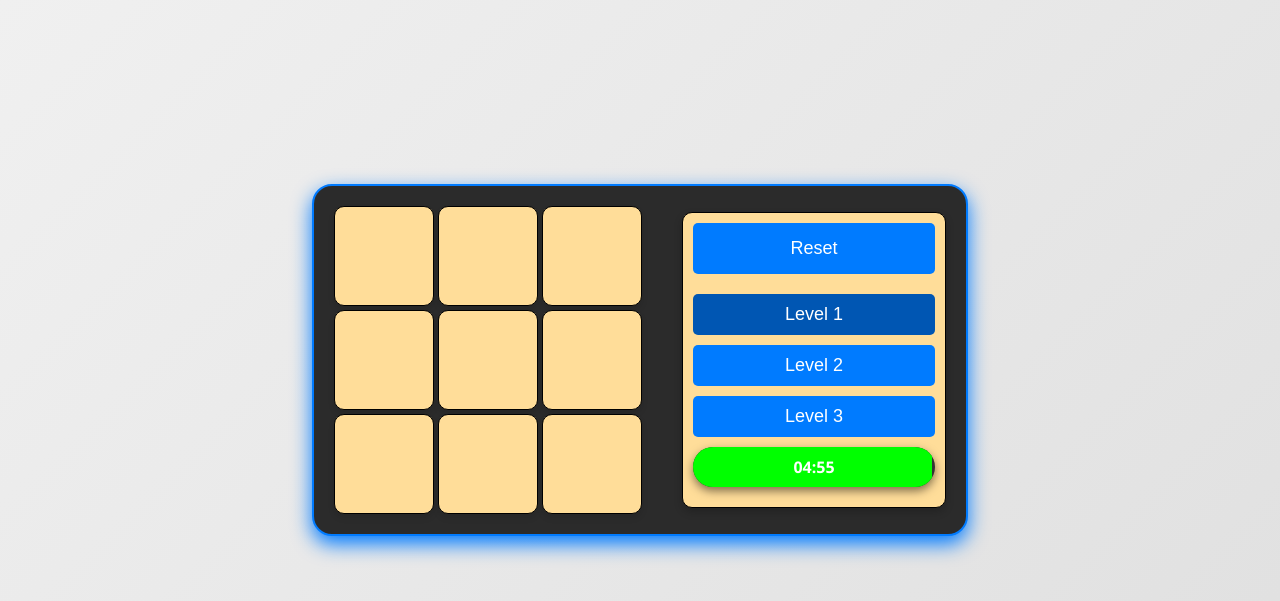
Repository: radisyah/THE_BRAIN_STORM
Page: Impossible Memory.html
The author's editor kept a copy of each file at every save. The page is drawn from the files as they stood at one save, then again after the next save.
The browser window is 1280 px wide. The pictures show the whole page.

Above is the page before, as saved 2024-10-22 22:35:46.

### Impossible Memory.html
<!DOCTYPE html>
<html lang="en">
<head>
    <meta charset="UTF-8">
    <meta name="viewport" content="width=device-width, initial-scale=1.0">
    <title>Impossible Memories</title>
    <style>
        body {
            font-family: 'Segoe UI', Tahoma, Geneva, Verdana, sans-serif;
            display: flex;
            justify-content: center;
            align-items: center;
            height: 100vh;
            margin: 0;
            background: linear-gradient(135deg, #f0f0f0, #e0e0e0);
        }


        .container {
            display: flex;
            justify-content: center;
            align-items: center;
            gap: 40px;
            background-color: #2b2b2b; /* Dark background for contrast */
            border-radius: 20px;
            box-shadow: 0 8px 20px  #007bff;
            padding: 20px; /* Padding for container */
            transition: transform 0.3s ease-in-out;
            border: 2px solid #007bff;
        }

        .container:hover {
            transform: scale(1.02); /* Slight scale effect when hovering over the container */
        }

        /* Timer container styles */
        .timer-container {
            position: relative;
            width: 100%;
            height: 40px;
            background-color: #333;
            border-radius: 20px;
            overflow: hidden;
            box-shadow: 0px 4px 10px rgba(0, 0, 0, 0.5);
            margin-bottom: 10px;
        }

        /* Timer text styles */
        #timer {
            position: absolute;
            top: 50%;
            left: 50%;
            transform: translate(-50%, -50%);
            color: white;
            font-size: 16px;
            font-weight: bold;
            z-index: 2;
        }

        /* Progress bar styles */
        .timer-bar {
            position: absolute;
            top: 0;
            left: 0;
            height: 100%;
            background: linear-gradient(90deg, #00ff00, #ffff00, #ff0000);
            width: 100%;
            transition: width 1s linear;
            z-index: 1;
        }


        .grid-container {
            display: grid;
            gap: 4px;
            grid-template-columns: repeat(7, 70px); /* Ukuran grid */
            grid-template-rows: repeat(7, 70px); /* Ukuran grid */
            position: relative;

        }

        .grid-item {
            display: flex;
            justify-content: center;
            align-items: center;
            font-size: 20px;
            border-radius: 10px;
            box-shadow: 0 4px 6px rgba(0, 0, 0, 0.1);
            transition: transform 0.3s, background-color 0.3s;
            cursor: pointer;
            position: relative;
        }


        .grid-item input {
            width: 100%;
            height: 100%;
            font-size: 20px;
            text-align: center;
            background-color: #ffdd99;
            border: 1px solid #000;
            border-radius: 10px;
            outline: none;
            box-sizing: border-box;
        }

        .grid-item input:hover {
            transform: translateY(-5px);
            background-color: #fbc05d;
        }

        .grid-item input.correct {
            background-color: #28a745;
            color: white;
            pointer-events: none;
            transition: background-color 0.5s ease, color 0.5s ease; /* Animasi transisi */
        }

        .grid-item input.wrong {
            background-color: #dc3545;
            color: white;
            pointer-events: none;
            transition: background-color 0.5s ease, color 0.5s ease; /* Animasi transisi */
        }

        .button-container {
            display: flex;
            flex-direction: column; /* Susun tombol secara vertikal */
            gap: 10px; /* Jarak antar tombol */
            padding: 10px; /* Padding di dalam tombol */
            background-color: #ffdd99; /* Warna latar untuk layout tombol */
            border-radius: 10px; /* Sudut membulat */
            box-shadow: 0 4px 8px rgba(0, 0, 0, 0.2); /* Bayangan untuk efek */
            border: 1px solid #000;
        }

        .grid-size-buttons button {
            padding: 10px; /* Padding tombol */
            margin-top: 10px; /* Jarak atas untuk menambah jarak antara tombol */
        }


        #resetButton, .question-button {
            padding: 15px 20px; /* Padding untuk tombol */
            font-size: 18px; /* Ukuran font */
            cursor: pointer;

            background-color: #007bff;
            color: white;
            border: none;
            border-radius: 5px;
            transition: background-color 0.3s;
            width: 100%; /* Membuat tombol mengambil lebar penuh */
        }

        #resetButton:hover, .question-button:hover {
            background-color: #0056b3; /* Warna hover */
        }

        .active-level {
            background-color: #0056b3; /* Green for active level */
        }


    </style>
</head>
<body>

    <div class="container">
        <div class="grid-container" id="grid-container">
            <!-- Dynamic grid will be generated here -->
        </div>

        <div class="button-container">
            <button id="resetButton" onclick="resetAnswers()">Reset</button>
            <div class="grid-size-buttons">
                <button class="question-button" id="level1" disabled>Level 1</button>
                <button class="question-button" id="level2" disabled>Level 2</button>
                <button class="question-button" id="level3" disabled>Level 3</button>
            </div>
            <div class="timer-container">
                <div id="timer">05:00</div>
                <div class="timer-bar"></div>
            </div>
        </div>
    </div>


    <script>
        const gridSizes = {
            3: [
                { correct: 0 }, { correct: 0 }, { correct: 0 },
                { correct: 0 }, { correct: 0 }, { correct: 0 },
                { correct: 0 }, { correct: 0 }, { correct: 0 }
            ],
            5: [
                { correct: 0 }, { correct: 0 }, { correct: 0 }, { correct: 0 }, { correct: 0 },
                { correct: 0 }, { correct: 0 }, { correct: 0 }, { correct: 0 }, { correct: 0 },
                { correct: 0 }, { correct: 0 }, { correct: 0 }, { correct: 0 }, { correct: 0 },
                { correct: 0 }, { correct: 0 }, { correct: 0 }, { correct: 0 }, { correct: 0 },
                { correct: 0 }, { correct: 0 }, { correct: 0 }, { correct: 0 }, { correct: 0 }
            ],
            7:  [
                { correct: 0 }, { correct: 0 }, { correct: 0 }, { correct: 0 }, { correct: 0 },  { correct: 0 },  { correct: 0 },
                { correct: 0 }, { correct: 0 }, { correct: 0 }, { correct: 0 }, { correct: 0 }, { correct: 0 },  { correct: 0 },
                { correct: 0 }, { correct: 0 }, { correct: 0 }, { correct: 0 }, { correct: 0 }, { correct: 0 },  { correct: 0 },
                { correct: 0 }, { correct: 0 }, { correct: 0 }, { correct: 0 }, { correct: 0 }, { correct: 0 },  { correct: 0 },
                { correct: 0 }, { correct: 0 }, { correct: 0 }, { correct: 0 }, { correct: 0 }, { correct: 0 },  { correct: 0 },
                { correct: 0 }, { correct: 0 }, { correct: 0 }, { correct: 0 }, { correct: 0 }, { correct: 0 },  { correct: 0 },
                { correct: 0 }, { correct: 0 }, { correct: 0 }, { correct: 0 }, { correct: 0 }, { correct: 0 },  { correct: 0 },
            ]
        };

        let currentLevel = 1; // Start from level 1
        let timeRemaining = 300; // Set to 8 minutes in seconds
        let timerInterval;
        let isTimerRunning = false;

        // Initialize the game with Level 1 active
        document.getElementById('level1').disabled = false;
        document.getElementById('level1').classList.add('active-level');

        function startTimer() {
            if (isTimerRunning) return;
            isTimerRunning = true;

            timerInterval = setInterval(() => {
                const timerDisplay = document.getElementById('timer');
                const timerBar = document.querySelector('.timer-bar');

                timeRemaining--;

                // Calculate minutes and seconds
                const minutes = Math.floor(timeRemaining / 60);
                const seconds = timeRemaining % 60;
                timerDisplay.textContent = `${minutes < 10 ? '0' + minutes : minutes}:${seconds < 10 ? '0' + seconds : seconds}`;

                // Update timer bar width
                const percentage = (timeRemaining / 300) * 100;
                timerBar.style.width = `${percentage}%`;

                // Change bar color based on remaining time
                if (percentage <= 33) {
                    timerBar.style.background = "#ff0000"; // Red for last third
                } else if (percentage <= 66) {
                    timerBar.style.background = "#ffff00"; // Yellow for middle third
                } else {
                    timerBar.style.background = "#00ff00"; // Green for initial third
                }

                if (timeRemaining <= 0) {
                    clearInterval(timerInterval);
                    isTimerRunning = false;
                    timerDisplay.textContent = "Time is Over!!";
                    lockInputs();
                }
            }, 1000);
        }

        function lockInputs() {
            document.querySelectorAll('.answer').forEach(input => {
                input.disabled = true; // Disable all answer inputs
            });
            document.getElementById('resetButton').disabled = true;
        }

        function createGrid(size) {
            const gridContainer = document.getElementById('grid-container');
            gridContainer.style.gridTemplateColumns = `repeat(${size}, 100px)`;
            gridContainer.style.gridTemplateRows = `repeat(${size}, 100px)`;
            gridContainer.innerHTML = ''; // Clear previous content

            const gridData = gridSizes[size];

            gridData.forEach(data => {
                const gridItem = document.createElement('div');
                gridItem.classList.add('grid-item');
                const input = document.createElement('input');
                input.classList.add('answer');
                input.setAttribute('type', 'text');
                input.setAttribute('data-correct', data.correct);
                input.addEventListener('input', () => checkInput(input)); // Add event listener for each input
                gridItem.appendChild(input);
                gridContainer.appendChild(gridItem);
            });

            if (!isTimerRunning) startTimer();
        }

        function checkInput(input) {
            const correctAnswer = parseInt(input.dataset.correct);  // Get correct answer from data-correct
            const userAnswer = parseInt(input.value);  // Get user answer as a number

            if (input.value.trim() === '') {
                input.classList.remove('correct', 'wrong'); // Reset styles if empty
            } else if (userAnswer === correctAnswer) {
                input.classList.add('correct');
                input.classList.remove('wrong');
                input.disabled = true; // Disable input if correct
            } else {
                input.classList.add('wrong');
                input.classList.remove('correct');
            }

            // Optionally, you can check if all inputs are correct to trigger next level
            checkAllAnswers();
        }

        function checkAllAnswers() {
            const inputs = document.querySelectorAll('.answer');
            let allCorrect = true;
            let allFilled = true;

            inputs.forEach(input => {
                const correctAnswer = parseInt(input.dataset.correct);
                const userAnswer = parseInt(input.value);

                if (input.value.trim() === '') {
                    allFilled = false;
                } else if (userAnswer !== correctAnswer) {
                    allCorrect = false;
                }
            });

            if (allCorrect && allFilled) {
                setTimeout(() => nextLevel(), 1000); // Move to next level after 1 second delay
            }
        }

        function nextLevel() {
            if (currentLevel === 1) {
                currentLevel = 2;
                document.getElementById('level2').disabled = false;
                document.getElementById('level1').disabled = true;
                document.getElementById('level1').classList.remove('active-level');
                document.getElementById('level2').classList.add('active-level');
                changeGridSize(5);
            } else if (currentLevel === 2) {
                currentLevel = 3;
                document.getElementById('level3').disabled = false;
                document.getElementById('level2').disabled = true;
                document.getElementById('level2').classList.remove('active-level');
                document.getElementById('level3').classList.add('active-level');
                changeGridSize(7);
            }
        }

        function changeGridSize(size) {
            createGrid(size);
        }

        function resetAnswers() {
            clearInterval(timerInterval);
            timeRemaining = 300;
            document.getElementById('timer').textContent = "05:00";
            startTimer();

            createGrid(currentLevel === 1 ? 3 : currentLevel === 2 ? 5 : 7);
        }
           // Initialize Level 1 grid
           createGrid(3);
    </script>


</body>
</html>

After the next save:
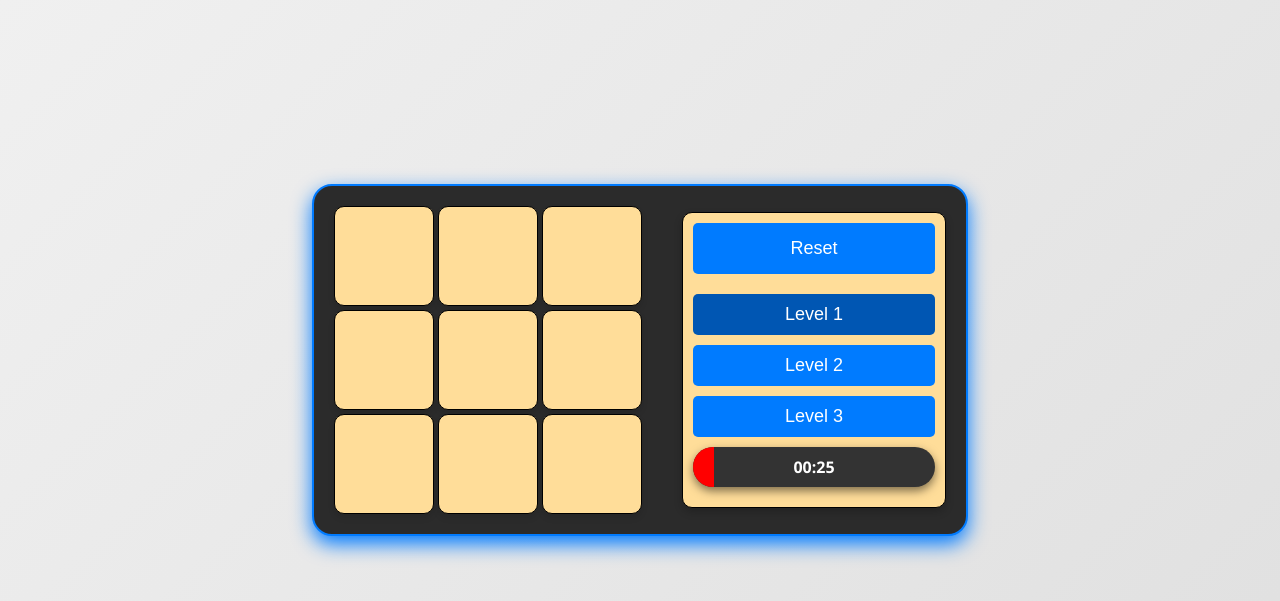
Saved 21 min 56 s later.
--- a/Impossible Memory.html
+++ b/Impossible Memory.html
@@ -212,7 +212,7 @@
         };
 
         let currentLevel = 1; // Start from level 1
-        let timeRemaining = 300; // Set to 8 minutes in seconds
+        let timeRemaining = 30; // Default to 30 seconds for Level 1
         let timerInterval;
         let isTimerRunning = false;
 
